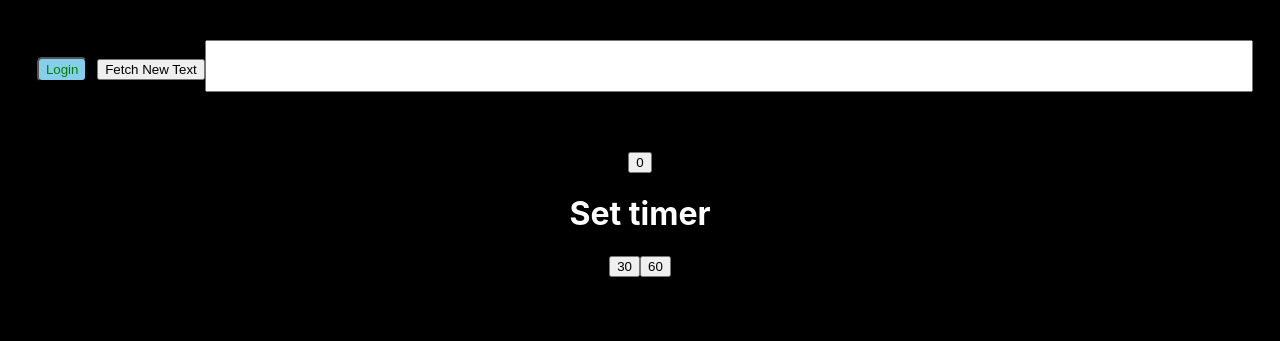
Repository: abhaysharma20233009/swiftKey
Page: / (app in frontend/my-app/)
An editor plug-in stored every save of this project. The page is shown before and after the next save, followed by the edit.
The browser window is 1280 px wide. The pictures show the whole page.
The page's requests for data from a server got no answer. The project was rebuilt for these pictures with package versions that can differ from the ones it lists, and the page was loaded fresh each time. No one was signed in, and anything a server would have sent is missing. Also part of the build but not shown: frontend/my-app/src/Results.js, frontend/my-app/src/Login.js.

Above is the page before, as saved 2024-10-10 14:49:38.

### frontend/my-app/src/App.js
//App.js

import './App.css';
import React from 'react';
import { BrowserRouter as Router, Route, Routes } from 'react-router-dom';
import Swift from './Swifts';
import Results from './Results';
import Login from './Login';
const App = () => {
    return (
        <Router>
			<div className="App">
            <Routes>
                <Route path="/" element={<Swift />} />
                <Route path="/results" element={<Results />} />
                <Route path="/login" element={<Login />} />
            </Routes>
			</div>
        </Router>
    );
};

export default App;

### frontend/my-app/src/App.css
.App {
  text-align: center;
  color:white;
}

body{
  background-color:black;
}

.log{
  color:green;
  margin-left: 10px;
  margin-right: 10px;
  background-color: skyblue;
  border-radius: 5px;
  height:25px;
  width:50px;
}

### frontend/my-app/src/Swifts.js
import React, { useState, useEffect } from 'react';
import { useNavigate, useLocation } from 'react-router-dom';

function Swifts() {
    const [message, setMessage] = useState('');
    const [inputValue, setInputValue] = useState('');
    const [currentWordIndex, setCurrentWordIndex] = useState(0);
    const [time, setTime] = useState(0);
    const navigate = useNavigate();
    const location = useLocation();

    // Retrieve username from location state
    const username = location.state?.username||'';

    const fetchMessages = async () => {
        try {
            const response = await fetch('http://localhost:7000/random-paragraph');
            const data = await response.json();
            if (data && typeof data === 'string') {
                setMessage(data);
                setInputValue('');
                setCurrentWordIndex(0);
            } else {
                console.error('Invalid data format:', data);
            }
        } catch (error) {
            console.error('Error fetching messages:', error);
        }
    };

    useEffect(() => {
        fetchMessages();
    }, []);

    useEffect(() => {
        if (time > 0) {
            const timer = setTimeout(() => {
                navigate('/results', { state: { currentWordIndex, username } }); // Pass both currentWordIndex and username
            }, time * 1000);

            return () => clearTimeout(timer);
        }
    }, [time, currentWordIndex, navigate, username]);

    const handleInputChange = (e) => {
        const value = e.target.value;
        setInputValue(value);

        const words = message.split(' ');
        const currentWord = words[currentWordIndex];

        if (currentWord && currentWord.startsWith(value.trim())) {
            if (value.trim() === currentWord) {
                setCurrentWordIndex((prevIndex) => prevIndex + 1);
                setInputValue('');
            }
        }
    };

    const words = message.split(' ');
    const currentWord = words[currentWordIndex] || '';

    return (
        <div style={{ textAlign: 'center', marginTop: '20px' }}>
            {username && <h2>Welcome, {username}!</h2>}
            <button className="log" onClick={() => navigate('/login')}>Login</button>
            <button onClick={fetchMessages}>Fetch New Text</button>
            <input
                type="text"
                value={inputValue}
                onChange={handleInputChange}
                style={{
                    fontSize: '24px',
                    width: '80%',
                    padding: '10px',
                    margin: '20px 0',
                }}
                placeholder={currentWord.slice(inputValue.length)}
            />
            <div style={{ fontSize: '24px', marginTop: '10px' }}>
                {words.map((word, index) => (
                    <span
                        key={index}
                        style={{
                            padding: '0 5px',
                            color: index === currentWordIndex ? 'blue' : 'white',
                            textDecoration: index < currentWordIndex ? 'line-through' : 'none',
                        }}
                    >
                        {word}
                    </span>
                ))}
            </div>
            <button>{currentWordIndex}</button>
            <h1>Set timer</h1>
            <button onClick={() => setTime(30)}>30</button>
            <button onClick={() => setTime(60)}>60</button>
        </div>
    );
}

export default Swifts;

Loaded but not shown: frontend/my-app/public/index.html (common file); frontend/my-app/src/index.js (common file); frontend/my-app/src/index.css (common file); frontend/my-app/src/reportWebVitals.js (common file)

After the next save:
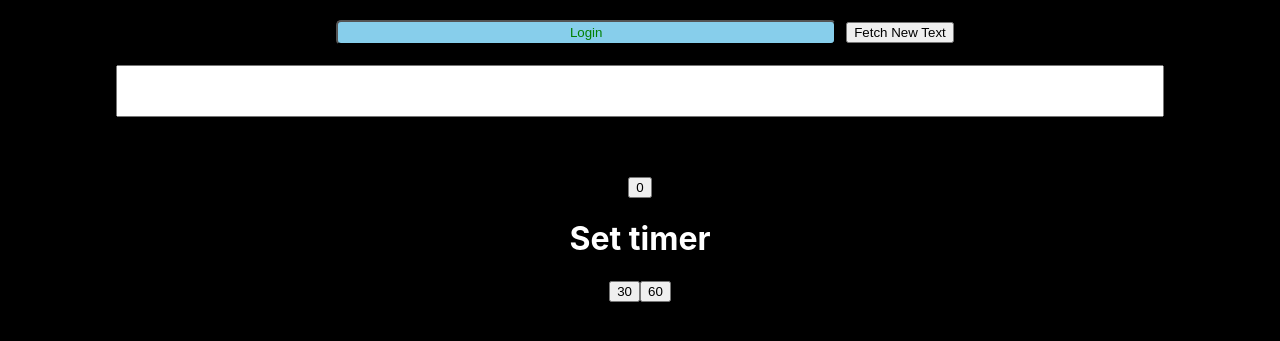
Saved 16 s later.
--- a/frontend/my-app/src/App.css
+++ b/frontend/my-app/src/App.css
@@ -14,5 +14,5 @@ body{
   background-color: skyblue;
   border-radius: 5px;
   height:25px;
-  width:50px;
+  width:500px;
 }
